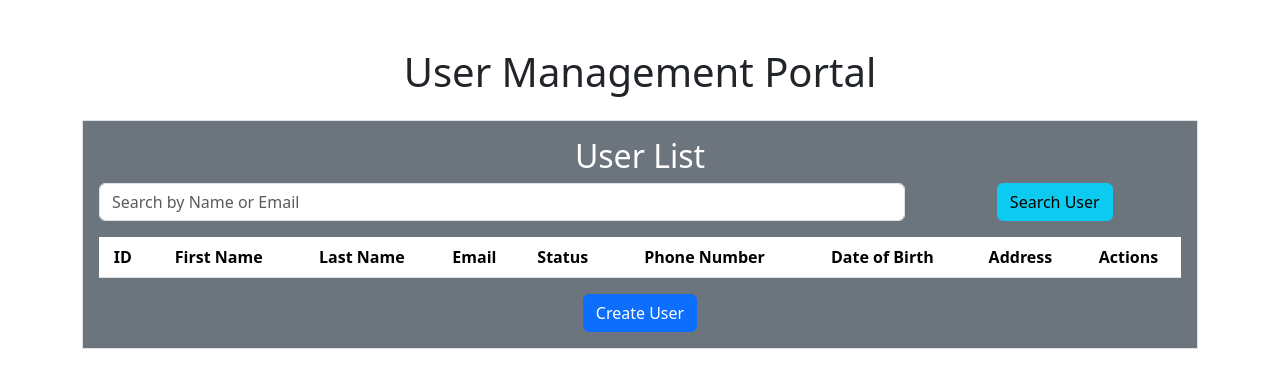
Repository: nairshreejith/reactstudent3
Page: /
These files come from the project's save history. The page is drawn as it stood at one moment and after the next save; the edit follows.
The browser window is 1280 px wide. The pictures show the whole page.
The page's requests for data from a server got no answer. The project was rebuilt for these pictures with package versions that can differ from the ones it lists, and the page was loaded fresh each time. No one was signed in, and anything a server would have sent is missing.

Above is the page before, as saved 2023-09-15 18:55:24.

After the next save:
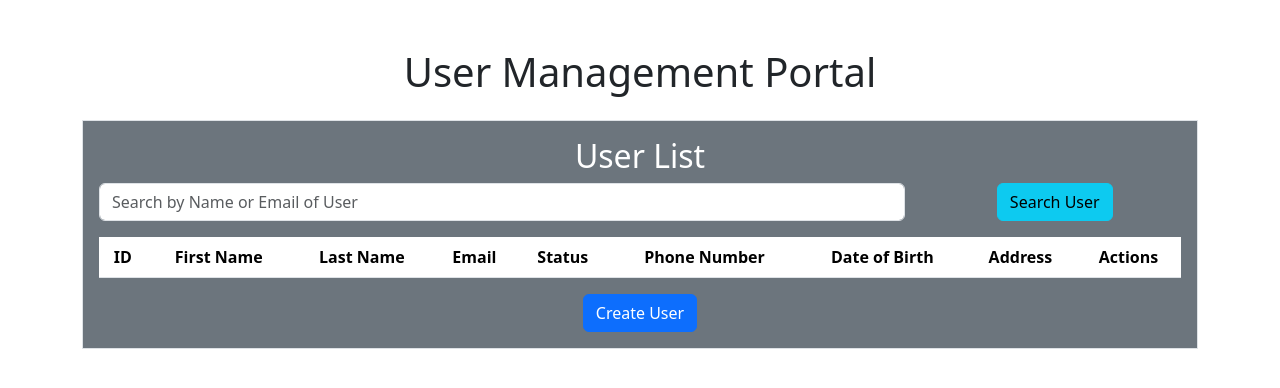
Saved 16 s later.
--- a/src/App.js
+++ b/src/App.js
@@ -85,7 +85,7 @@ function App() {
         <div className="mb-3">
           <div className="row">
             <div className="col-md-9">
-              <input type="text" className="form-control" placeholder="Search by Name or Email" value={searchTerm} onChange={(e) => setSearchTerm(e.target.value)} />
+              <input type="text" className="form-control" placeholder="Search by Name or Email of User" value={searchTerm} onChange={(e) => setSearchTerm(e.target.value)} />
             </div>
             <div className="col-md-3">
               <button className="btn btn-info" onClick={handleSearch}>Search User</button>
